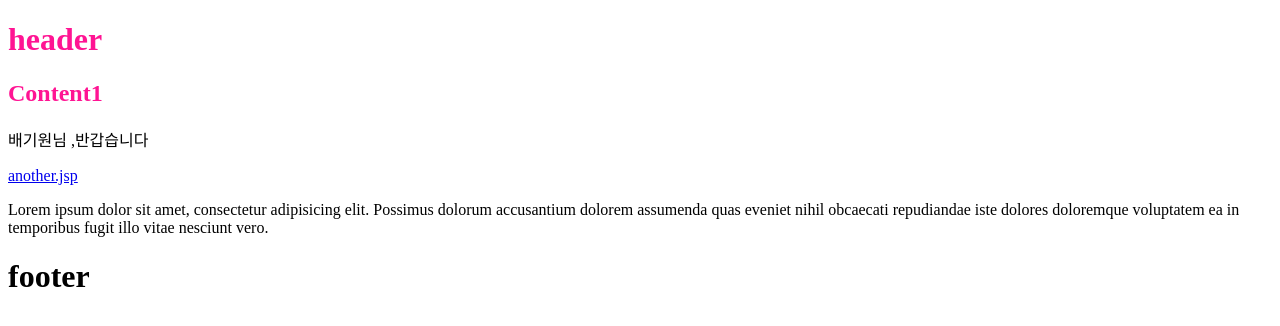
Repository: rlwi440/KH-Backend
Page: http://localhost/01_helloweb/jsp/include.jsp
An editor plug-in stored every save of this project. The page is shown before and after the next save, followed by the edit.
The browser window is 1280 px wide. The pictures show the whole page.
The page is served by Tomcat 9.

Above is the page before, as saved 2021-03-24 12:35:13.

After the next save:
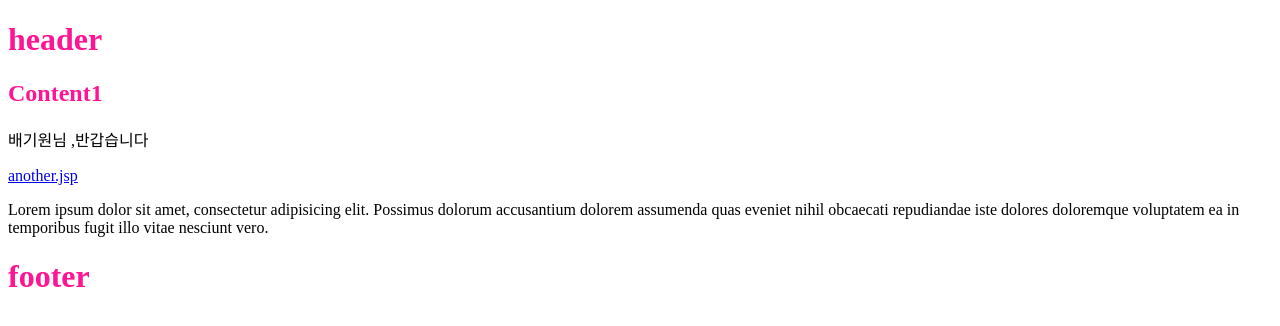
Saved 2 min 51 s later.
--- a/Web_server/web_server_Workspace/01_helloweb/WebContent/jsp/include.jsp
+++ b/Web_server/web_server_Workspace/01_helloweb/WebContent/jsp/include.jsp
@@ -7,7 +7,10 @@
 		<a href="/web/jsp/another.jsp">another.jsp</a>
 		<p>Lorem ipsum dolor sit amet, consectetur adipisicing elit. Possimus dolorum accusantium dolorem assumenda quas eveniet nihil obcaecati repudiandae iste dolores doloremque voluptatem ea in temporibus fugit illo vitae nesciunt vero.</p>
 		<script>
-		$("h1").css("color","deeppink");
+		$(function () {
+			$("h1").css("color","deeppink");
+		});
+
 		</script>
 
 <%@ include file="/jsp/footer.jsp" %>
